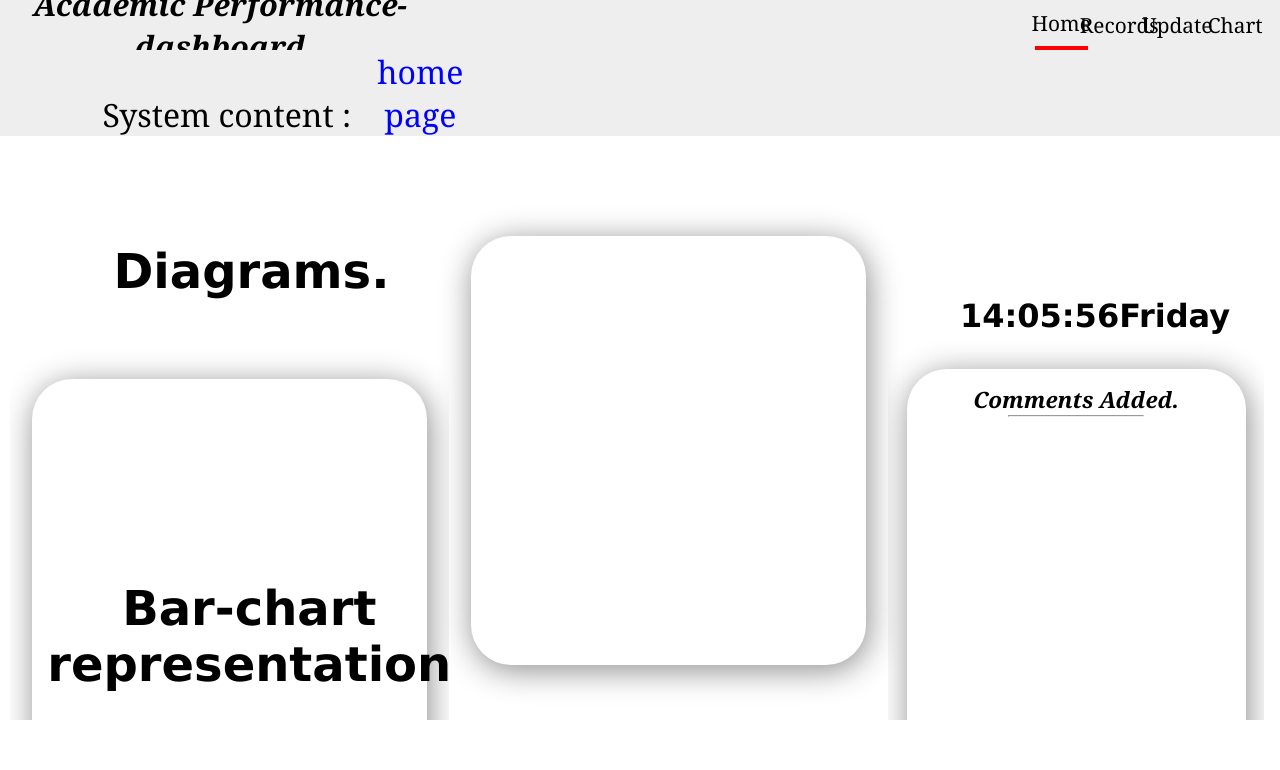
Repository: 3x3cu7er/Shax_001
Page: http://localhost/xmain/
The author's editor kept a copy of each file at every save. The page is drawn from the files as they stood at one save, then again after the next save.
The browser window is 1280 px wide. The pictures show the whole page.
An inner scrolling area shows only its first screen. The page is served by the project's application, run on Django 4.2 (manage.py).

Above is the page before, as saved 2024-01-19 18:03:59.
Console error (its wording comes from the project's code and is left out).

After the next save:
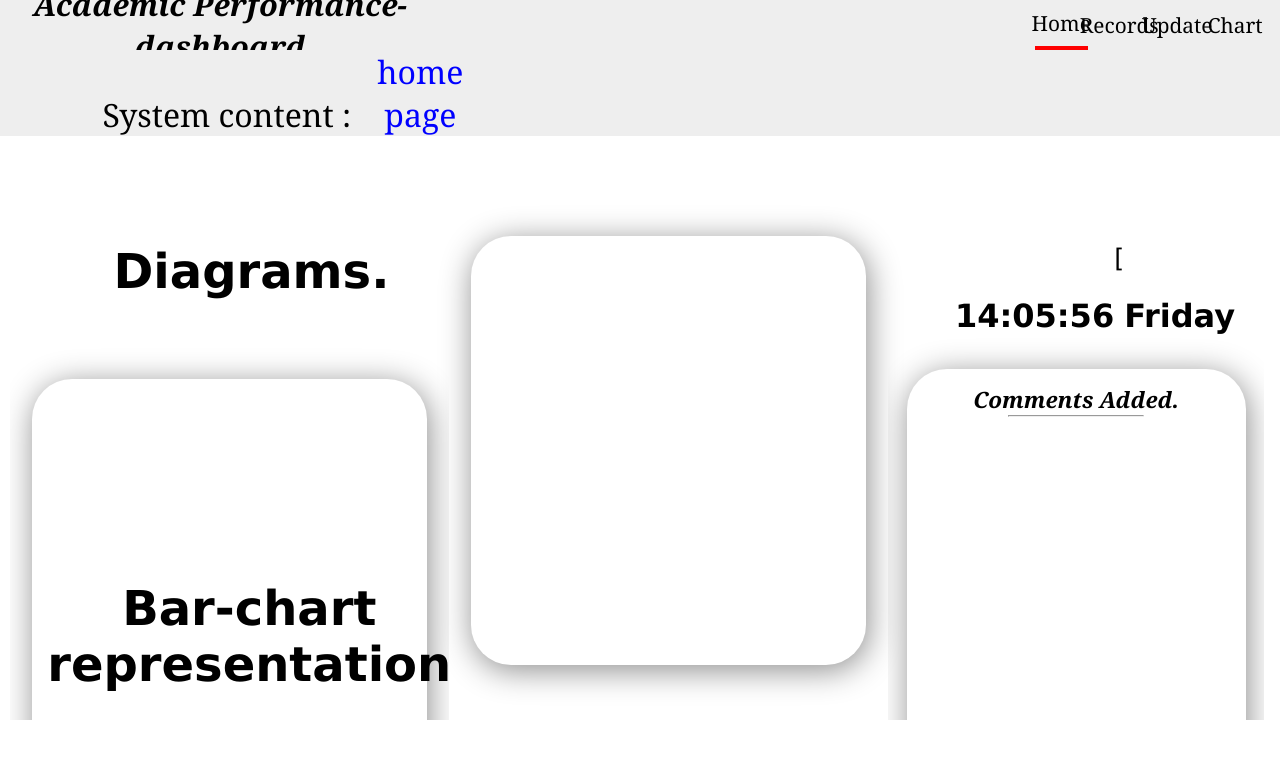
Saved 23 s later.
--- a/_3x3c47er_Sino_sys/template/xmain.html
+++ b/_3x3c47er_Sino_sys/template/xmain.html
@@ -79,6 +79,7 @@
                 >
               </h4>
 
+              [
               <h4 class="dy">day</h4>
             </div>
             <div class="data" id="comments">

After the save that followed:
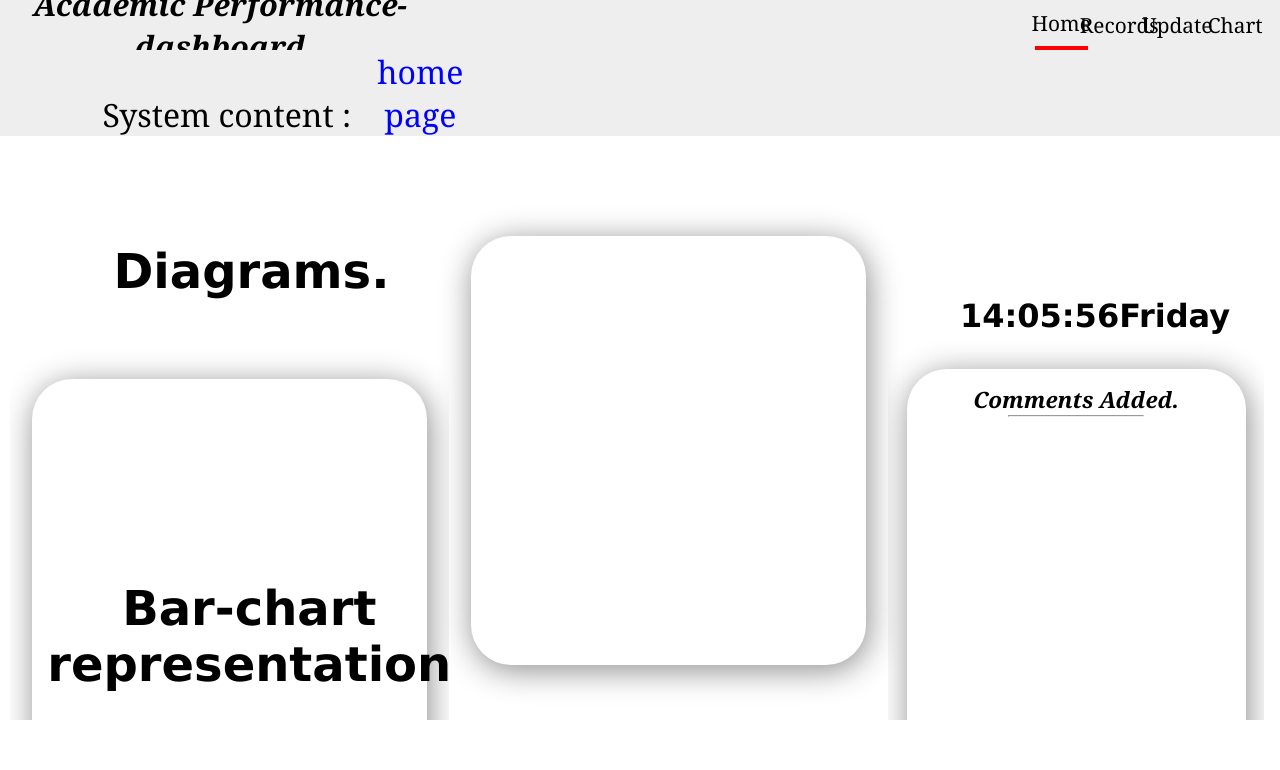
Saved 32 s later.
--- a/_3x3c47er_Sino_sys/template/xmain.html
+++ b/_3x3c47er_Sino_sys/template/xmain.html
@@ -79,8 +79,7 @@
                 >
               </h4>
 
-              [
-              <h4 class="dy">day</h4>
+              <h4 class="dy">[ day</h4>
             </div>
             <div class="data" id="comments">
               <h4>Comments Added.</h4>
